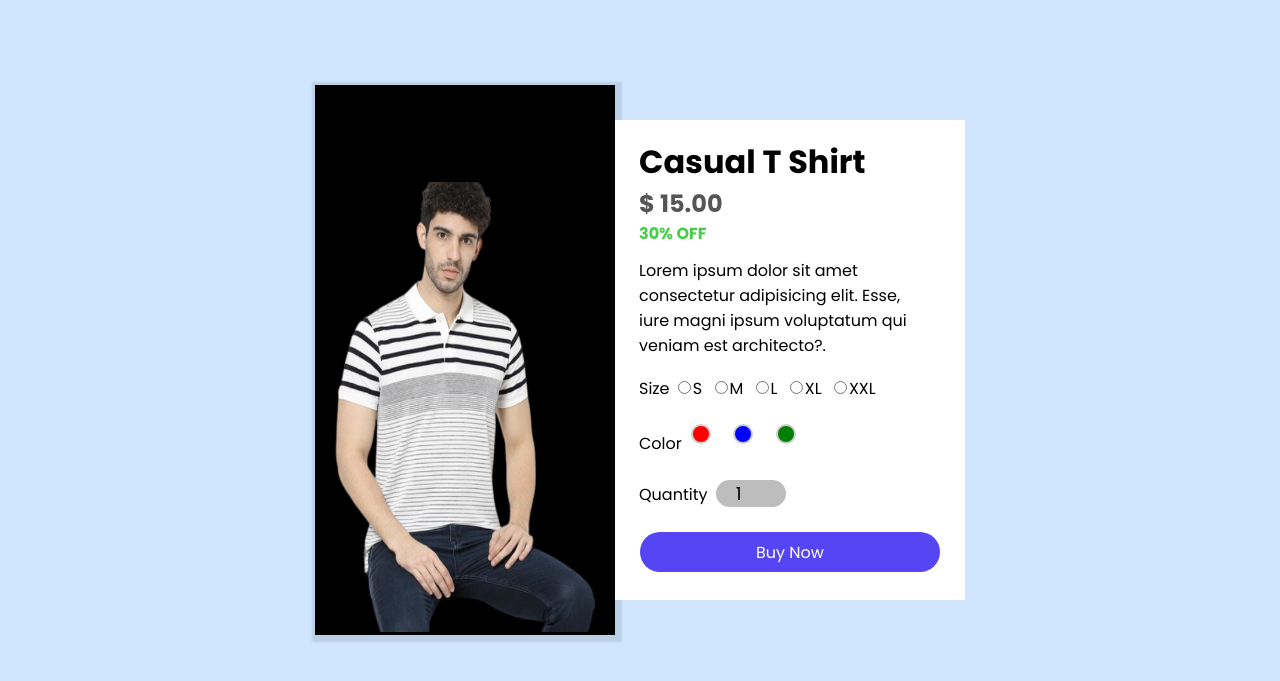
Repository: Ankitkr2021/Product-Page
Page: index.html
These files come from the project's save history. The page is drawn as it stood at one moment and after a run of saves; the edit follows.
The browser window is 1280 px wide. The pictures show the whole page.

Above is the page before, as saved 2025-10-25 14:55:11.

### index.html
<!DOCTYPE html>
<html lang="en">
<head>
    <meta charset="UTF-8">
    <meta name="viewport" content="width=device-width, initial-scale=1.0">
    <title>Product Page Design</title>
    <link rel="stylesheet" href="./style.css">
</head>
<body>
    <div class="main">
    <div class="left">
    <div class="image1"><img src="./images/image1.png" alt=""></div>
    <div class="image2"><img src="./images/image2.png" alt=""></div>
    <div class="image3"><img src="./images/image3.png" alt=""></div>
    </div>
    <div class="right">
        <h1>Casual T Shirt</h1>
        <h2>$ 15.00</h2>
        <h4>30% OFF</h4>
        <p>Lorem ipsum dolor sit amet consectetur adipisicing elit. Esse, iure magni ipsum voluptatum qui veniam est architecto?.</p>

        <div class="size"> Size
        <label><input type="radio" name="size" value="s">S</label>
        <label><input type="radio" name="size" value="m">M</label>
        <label><input type="radio" name="size" value="l">L</label>
        <label><input type="radio" name="size" value="xl">XL</label>
        <label><input type="radio" name="size" value="xxl">XXL</label>
        </div>

        <div class="color">
        Color
         <input type="radio" id="red" name="color" value="red">
  <label for="red"></label>
  <input type="radio" id="blue" name="color" value="blue">
  <label for="blue"></label>

  <input type="radio" id="green" name="color" value="green">
  <label for="green"></label>
        </div>

        <div class="quantity">
            Quantity
            <label><input type="number" id="qty" name="qty" min="1" max="10" value="1"></label>
        </div>

        <button> Buy Now</button>
    </div>
    </div>
</body>
</html>

### style.css
@import url("https://fonts.googleapis.com/css2?family=Poppins:wght@400;700&display=swap");

*{
    margin: 0;
    padding: 0;
    box-sizing: border-box;
    font-family: "Poppins",sans-serif;
}

.main {
    display: flex;
    align-items: center;
    justify-content: center;
    height: 100vh;
    width: 100%;
    background: rgba(187, 219, 255, 0.692);
}

.left {
    height: 550px;
    width: 300px;
    background: #000;
    box-shadow: 2px 2px 2px 5px rgba(0,0,0,0.1);
}

img {
    margin-top: 100px;
    height: 450px;
    width: 300px;
}

.image1 {
  z-index: -1;
  opacity: -1;
}

.image2 {
  position: relative;
  bottom: 560px;
  height: 450px;
  width: 300px;
  z-index: -1;
}

.image3 {
  position: relative;
  bottom: 1010px;
  height: 450px;
  width: 300px;
  z-index: 1;
}

.right{
    height: 480px;
    width: 350px;
    background: #fff;
}

.right h1 {
    padding: 18px 12px 0 24px;
}

.right h2 {
    padding: 0 12px 0 24px;
    color: rgb(85, 85, 85);
}

.right h4 {
    padding: 0 12px 12px 24px;
    color: rgb(68, 206, 68);
}

.right p {
    width: 310px;
    padding: 0px 12px 0 24px ;
}

.size {
    padding: 18px 12px 0 24px;
}

input[type="radio"][name="size"] {
  margin-right: 2px;
}

.color input[type="radio"] {
  appearance: none;              /* remove default browser look */
  -webkit-appearance: none;      /* for Safari */
  -moz-appearance: none;         /* for Firefox */
  width: 20px;
  height: 20px;
  border-radius: 50%;            /* make it a circle */
  border: 2px solid #ccc;        /* border around circle */
  cursor: pointer;
  margin: 5px;
  outline: none;
  transition: 0.2s ease;
}

/* custom colors by value */
.color input[value="red"] {
  background: red;
}

.color input[value="blue"] {
  background: blue;
}

.color input[value="green"] {
  background: green;
}

.color {
    padding: 18px 12px 0 24px;
}

/* Highlight selected */
.color input[type="radio"]:checked {
  border-color: 0.1px solid #000;
  box-shadow: 0 0 0 2px white inset, 0 0 0 1px black;
}

.quantity {
    padding: 14px 12px 0 24px;
    margin-top: 10px;
}

.quantity input {
    border-radius: 15px;
    padding-left: 20px;
    font-size: 18px;
    background: rgba(128, 128, 128, 0.518);
    border: none;
    outline: none;
    width: 70px;
}

button {
    display: flex;
    align-items: center;
    justify-content: center;
    padding: 14px 12px 0 24px;
    margin: 25px;
    width: 300px;
    height: 40px;
    padding: 10px;
    border-radius: 25px;
    border: none;
    background: rgb(86, 69, 243);
    color: #fff;
    font-size: 16px;
    cursor: pointer;
}




.right label {
    padding: 4px ;
}

After the next 5 saves:
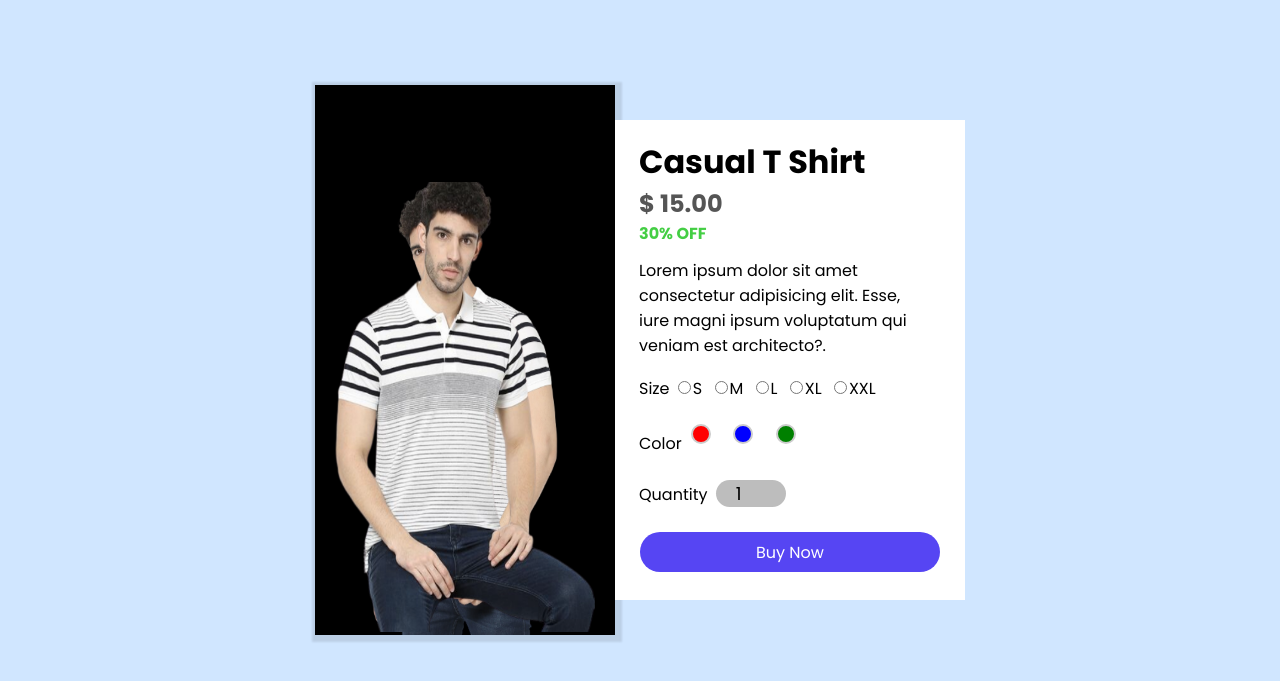
The 5 saves are shown as one change because they came seconds apart.
The last was saved 19 s later.
--- a/style.css
+++ b/style.css
@@ -29,10 +29,6 @@ img {
     width: 300px;
 }
 
-.image1 {
-  z-index: -1;
-  opacity: -1;
-}
 
 .image2 {
   position: relative;
